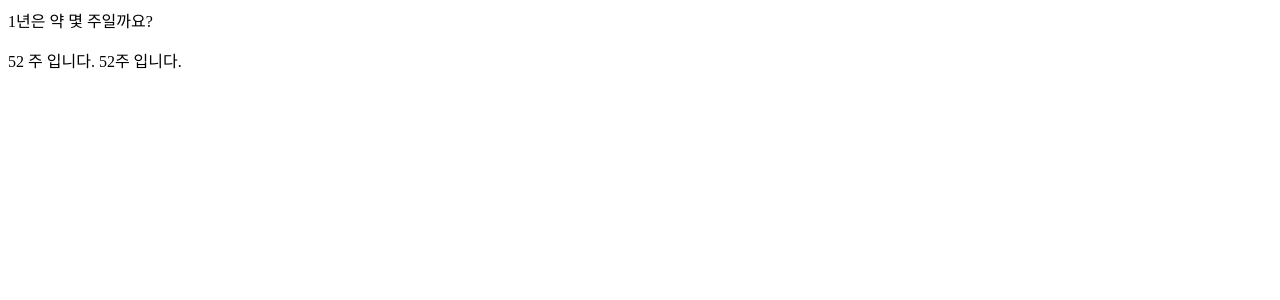
Repository: gambler1541/JSP
Page: http://localhost/first_jsp/jsp_1/expression.jsp
An editor plug-in stored every save of this project. The page is shown before and after the next save, followed by the edit.
The browser window is 1280 px wide. The pictures show the whole page.
The page is served by Tomcat 9.

Above is the page before, as saved 2020-06-22 06:06:54.

After the next save:
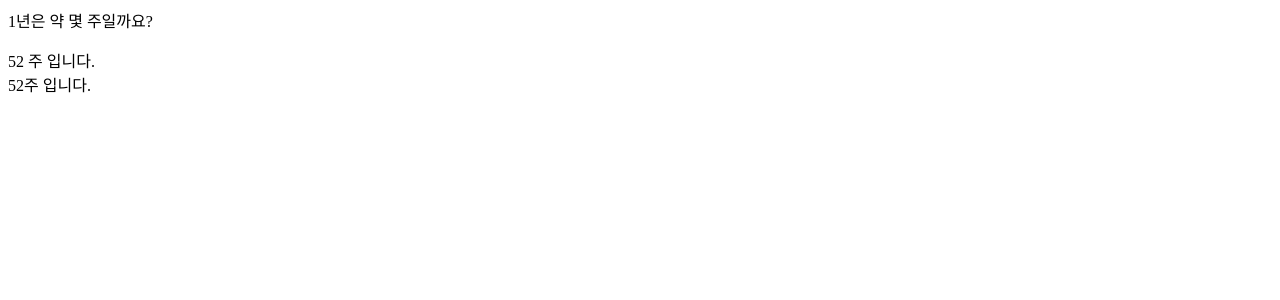
Saved 5 s later.
--- a/first_jsp/WebContent/jsp_1/expression.jsp
+++ b/first_jsp/WebContent/jsp_1/expression.jsp
@@ -10,7 +10,7 @@
 	<% int year = 365; %>
 	<% out.println("1년은 약 몇 주일까요? <p>"); %>
 	<%= year / 7 %>
-	<%= " 주 입니다." %>
+	<%= " 주 입니다.<br>" %>
 	<% out.println(year / 7 + "주 입니다."); %>
 </body>
 </html>
